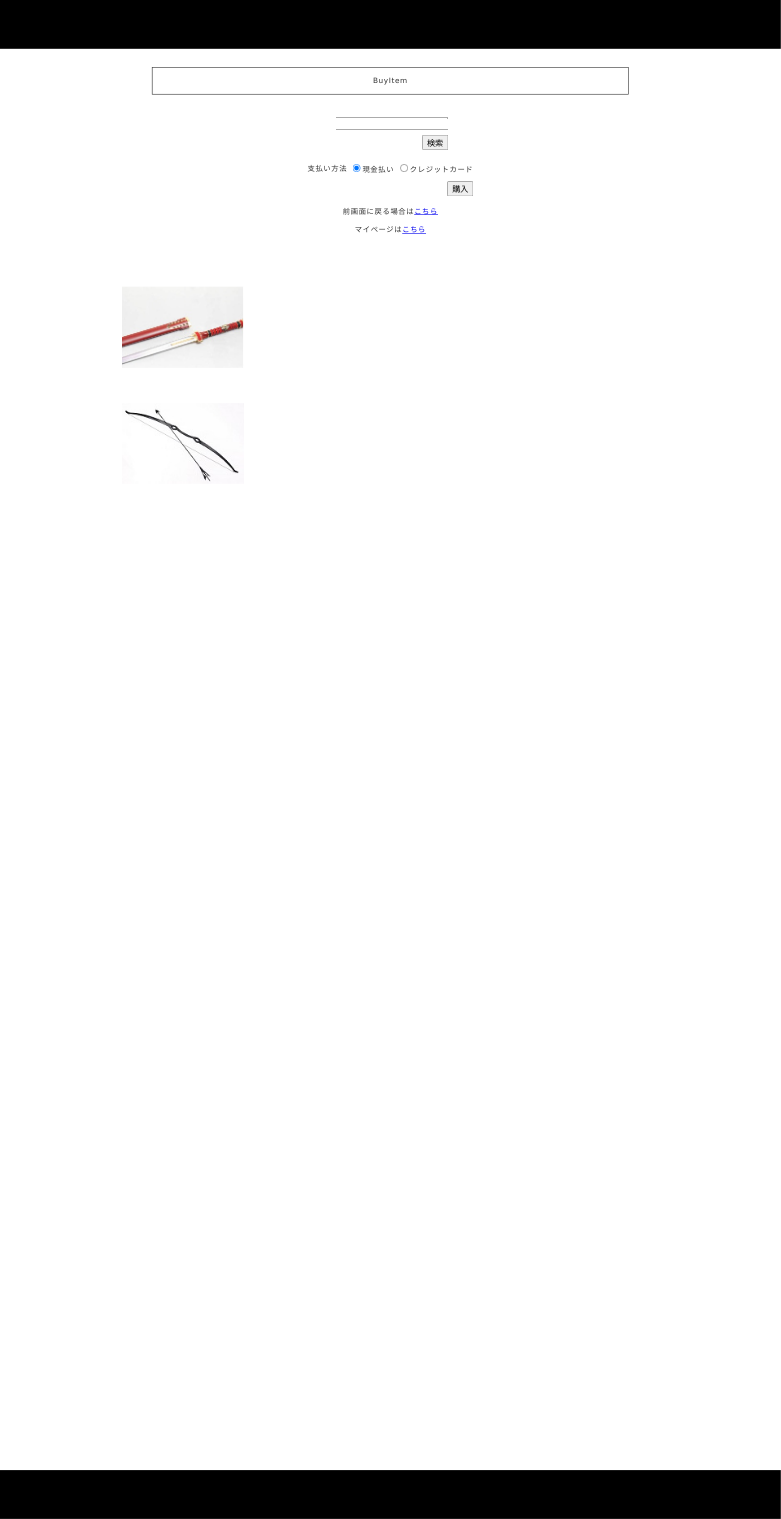
Repository: kanav0208/test
Page: http://localhost/ecsite/buyItem.jsp
These files come from the project's save history. The page is drawn as it stood at one moment and after the next save; the edit follows.
The browser window is 1280 px wide. The pictures show the whole page, at 61% of full size.
The page is served by Tomcat 9.

Above is the page before, as saved 2018-02-27 06:56:54.

After the next save:
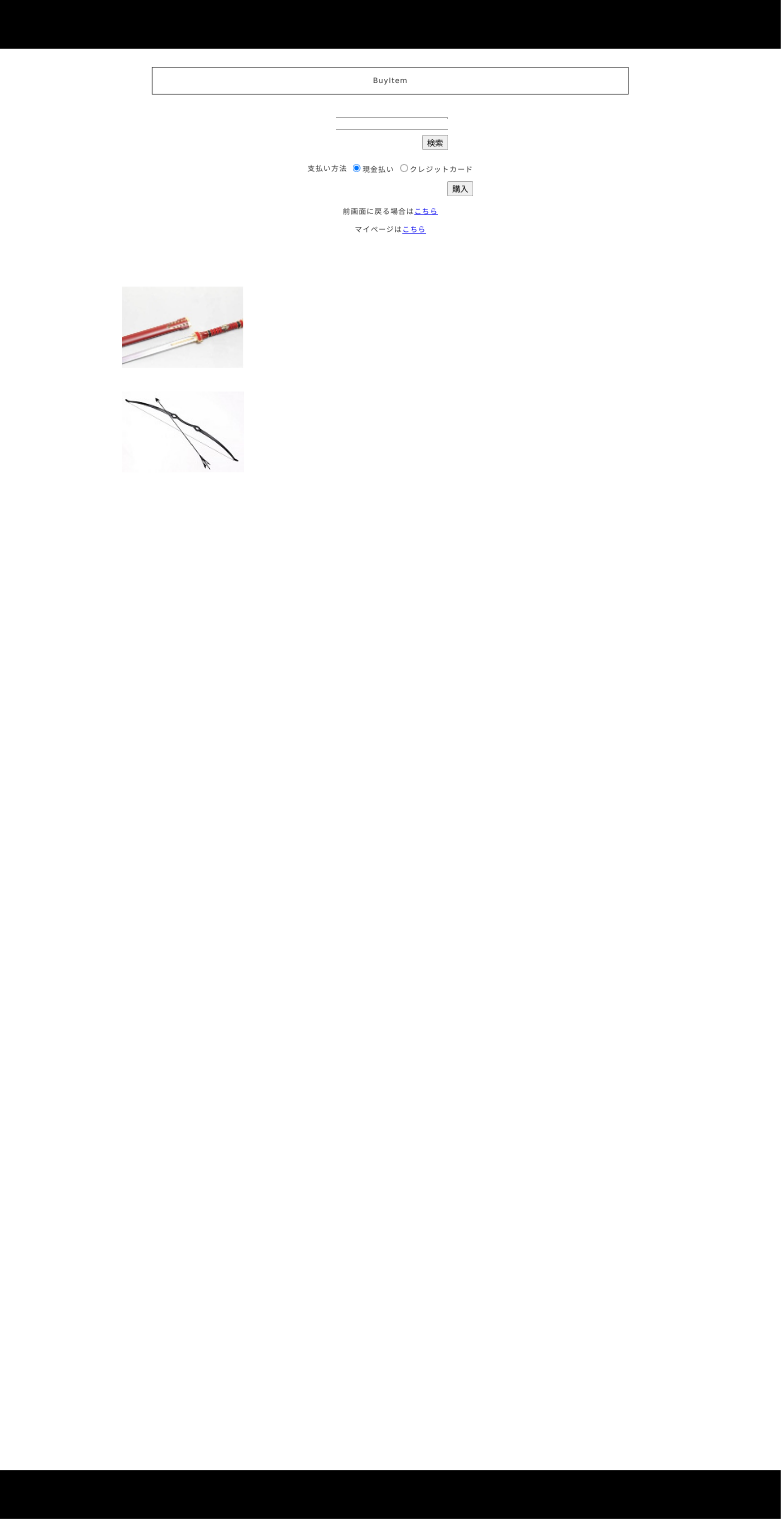
Saved 23 s later.
--- a/ecsite/WebContent/buyItem.jsp
+++ b/ecsite/WebContent/buyItem.jsp
@@ -114,7 +114,7 @@
 </head>
 <body>
 	<div class="buttons">
-       <a href=""><img src="./image/ken.jpg"/></a><br><br>
+       <a href=""><img src="./image/ken.jpg"/></a><br>
        <a href=""><img src="./image/yumi.jpg"/></a>
 </div>
 	<div id="header">
